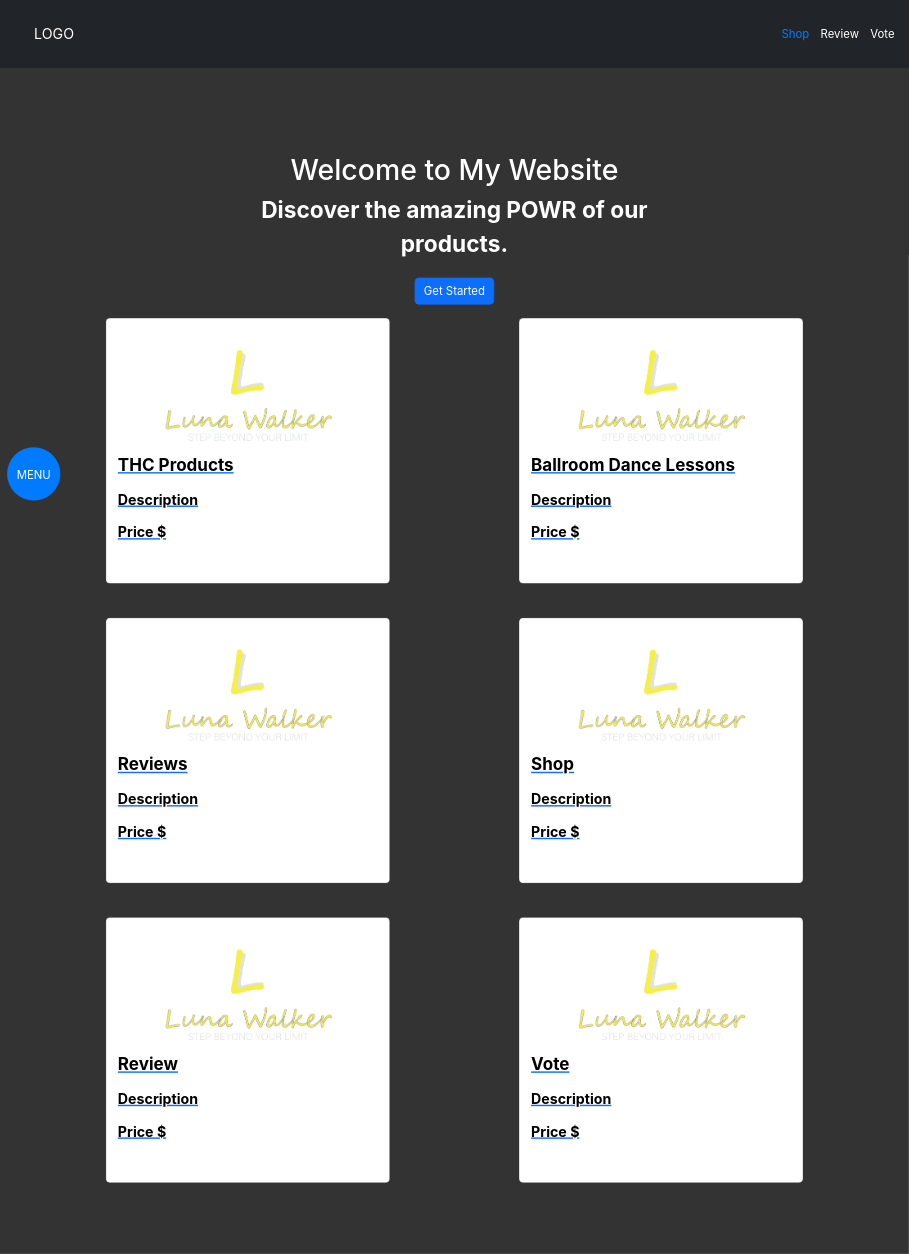
Repository: DragonFruit8/basic-website
Page: /shop
An editor plug-in stored every save of this project. The page is shown before and after the next save, followed by the edit.
The browser window is 1280 px wide. The pictures show the whole page, at 71% of full size.
The project was rebuilt for these pictures with package versions that can differ from the ones it lists, and the page was loaded fresh each time. Also part of the build but not shown: src/sections/MissionSec.js, src/sections/AboutSec.js, src/sections/ServiceSec.js, src/Img/LunaLogo.js, src/sections/SupportSec.js, src/sections/HeroSec.js, src/pages/HomePage.js.

Above is the page before, as saved 2024-06-23 09:44:07.

### public/index.html
<!DOCTYPE html>
<html lang="en">
  <head>
    <meta charset="utf-8" />
    <link rel="icon" href="%PUBLIC_URL%/favicon.ico" />
    <meta name="viewport" content="width=device-width, initial-scale=1" />
    <meta name="theme-color" content="#000000" />
    <meta
      name="description"
      content="Web site created using create-react-app"
    />
    <link rel="apple-touch-icon" href="%PUBLIC_URL%/logo192.png" />
    <!--
      manifest.json provides metadata used when your web app is installed on a
      user's mobile device or desktop. See https://developers.google.com/web/fundamentals/web-app-manifest/
    -->
    <link rel="manifest" href="%PUBLIC_URL%/manifest.json" />
    <link href="https://cdn.jsdelivr.net/npm/bootstrap@5.3.3/dist/css/bootstrap.min.css" rel="stylesheet" integrity="sha384-QWTKZyjpPEjISv5WaRU9OFeRpok6YctnYmDr5pNlyT2bRjXh0JMhjY6hW+ALEwIH" crossorigin="anonymous">
    <!--
      Notice the use of %PUBLIC_URL% in the tags above.
      It will be replaced with the URL of the `public` folder during the build.
      Only files inside the `public` folder can be referenced from the HTML.

      Unlike "/favicon.ico" or "favicon.ico", "%PUBLIC_URL%/favicon.ico" will
      work correctly both with client-side routing and a non-root public URL.
      Learn how to configure a non-root public URL by running `npm run build`.
    -->
    <title>React App</title>
  </head>
  <body>
    <noscript>You need to enable JavaScript to run this app.</noscript>
    <div id="root"></div>
    <!--
      This HTML file is a template.
      If you open it directly in the browser, you will see an empty page.

      You can add webfonts, meta tags, or analytics to this file.
      The build step will place the bundled scripts into the <body> tag.

      To begin the development, run `npm start` or `yarn start`.
      To create a production bundle, use `npm run build` or `yarn build`.
    -->
    <script src="https://cdn.jsdelivr.net/npm/@popperjs/core@2.11.8/dist/umd/popper.min.js" integrity="sha384-I7E8VVD/ismYTF4hNIPjVp/Zjvgyol6VFvRkX/vR+Vc4jQkC+hVqc2pM8ODewa9r" crossorigin="anonymous"></script>
<script src="https://cdn.jsdelivr.net/npm/bootstrap@5.3.3/dist/js/bootstrap.min.js" integrity="sha384-0pUGZvbkm6XF6gxjEnlmuGrJXVbNuzT9qBBavbLwCsOGabYfZo0T0to5eqruptLy" crossorigin="anonymous"></script>
  </body>
</html>

### src/App.js
import React from 'react';
import { BrowserRouter as Router, Routes, Route } from 'react-router-dom';
import './App.css';
import Navbar from './components/Navbar';
import Sidebar from './components/Sidebar';
import HomePage from './pages/HomePage';
import ShopPage from './pages/ShopPage';

function App() {

  return (
    <>
      <Router>
        <Navbar />
        <Sidebar />
        <Routes>
          <Route path="/" element={<HomePage />} />
          <Route path="/shop" element={<ShopPage />} />
        </Routes>
   </Router>
    </>
  );
}

export default App;

### src/App.css
.App {
  text-align: center;
  z-index: -10;
}

.App-logo {
  height: 40vmin;
  pointer-events: none;
  z-index: 0;
}

@media (prefers-reduced-motion: no-preference) {
  .App-logo {
    animation: App-logo-spin infinite 20s linear;
  }
}

.App-header {
  background-color: #282c34;
  min-height: 100vh;
  display: flex;
  flex-direction: column;
  align-items: center;
  justify-content: center;
  font-size: calc(10px + 2vmin);
  color: white;
}

.App-link {
  color: #61dafb;
}
#sidebar {
  display: flex;
  flex-direction: column;
  background-color: transparent !important;
  height: 100%;
  width: 100px;
  position: fixed;
  top: 55px;
  left: 0;
  z-index: 1;
  overflow-x: hidden;
  padding-top: 20px;
  z-index: 10;
  /* rounded corners*/
  border-radius: 100px;

}

#offcanvasNavbar{
  position: fixed;
  margin-top: 55px;
}

#sidebarButton {
  position: absolute;
  bottom: 100px;
  left: 0px;
  width: 75px;
  height: 75px;
  border: none;
  color: white;
  padding: 10px 10px;
  text-align: center;
  text-decoration: none;
  display: inline-block;
  font-size: 16px;
  margin: auto auto -30px 10px;
  cursor: pointer;
  z-index: 100;
  border-radius: 100%;
  background-color: #007bff;
}

#closeButton, .btn-close {
  color: white !important;
  margin-left: 15px;
}
#aboutSec {
  height: 75vh;
}
.offcanvas-body {
 padding: 0 100px 0 100px;
}
#luna {
  position: relative;
  background-size: cover;
  background-repeat: no-repeat;
  background-position: center;
  height: auto;
  width: 250px;
  margin: 0 auto;
}

/* HomePage Hero */
.hero {
  height: 100vh;
  width: 100%;
  display: flex;
  align-items: center;
  color: white !important;
  text-align: center;
  font-size: 2rem;
  font-weight: 700;
  background: url('https://unsplash.com/photos/photo-of-outer-space-Q1p7bh3SHj8');
  background-size: cover;
  background-repeat: no-repeat;
  background-position: center;
  background-color: rgba(0, 0, 0, 0.8);

}
.hero-content
.dropdown-item {
  width: 100%;
  margin: 0 auto;
  color: white;
  background-color: #007bff;
}
.dropdown-item:hover {
  background-color: #0056b3;
  color: white;
}


a.nav-link, a.nav-item {
  color: white !important;
}
a.nav-link, a.nav-item {
 padding: 20px 0 20px 0;
}

a.nav-link:hover, a.nav-item:hover {
  color: #ffd000 !important;
}
a.active {
  color: #007bff !important;
}

/* Shop */
.shop {
  height: auto;
  width: 100%;
  display: flex;
  align-items: center;
  color: white !important;
  text-align: center;
  font-size: 2rem;
  font-weight: 700;
  background-color: rgba(0, 0, 0, 0.8);
  flex-wrap: wrap;
  padding-top: 200px;
  padding-bottom: 100px;
}
#shopItem {
  min-width: 400px;
  margin: 0 auto;
  color: white;
  list-style-type: none;
  padding: 0;
}

@keyframes App-logo-spin {
  from {
    transform: rotate(0deg);
  }
  to {
    transform: rotate(360deg);
  }
}

### src/components/Navbar.js
import React from 'react';
import data from '../../src/data';
// import axio from '../Instance';
// import Button from 'react-bootstrap/Button';
// import Modal from 'react-bootstrap/Modal';


const Navbar = () => {

    // const [email, setEmail] = useState('');
    // const [comment, setComment] = useState('');
    // const [show, setShow] = useState(false);

    // const handleClose = () => setShow(false);
    // const handleShow = () => setShow(true);

    // const clearForm = () => {
    //     setEmail('');
    //     setComment('');
    // };



    // const handleSubmit = (event) => {
    //     event.preventDefault();

    //     axio.post('/comments', {
    //         email,
    //         comment
    //     })
    //         .then(() => {
    //             console.log('Review submitted');
    //         })
    //         .catch((error) => {
    //             console.log(error);
    //         });
    //     clearForm();
    // };

    const path = window.location.pathname;
    return (
        <>
            {/* navbar navbar-expand-lg bg-body-tertiary navbar-dark bg-dark */}
            <nav className="navbar navbar-dark navbar-expand-lg bg-dark fixed-top">
                <div className="container-fluid ps-5">
                    <a className="navbar-brand" href="/">LOGO</a>
                    <button className="navbar-toggler" type="button" data-bs-toggle="collapse" data-bs-target="#navbarNav" aria-controls="navbarNav" aria-expanded="false" aria-label="Toggle navigation">
                        <span className="navbar-toggler-icon"></span>
                    </button>
                    <div className="collapse navbar-collapse" id="navbarNav">
                        <ul className="navbar-nav my-2 ms-auto me-0">
                            <li className="nav-item">
                                <a className={`nav-link ${path === `/${data.link1.b}` ? 'active' : ''}`} aria-current="page" href={`/${data.link1.b}`}>{data.link1.a}</a>
                            </li>
                            <li className="nav-item">
                                <a className={`nav-link ${path === `/${data.link2.b}` ? 'active' : ''}`} aria-current="page" href={`/${data.link2.b}`}>{data.link2.a}</a>
                            </li>
                            <li className="nav-item">
                                <a className={`nav-link ${path === `/${data.link3.b}` ? 'active' : ''}`} aria-current="page" href={`/${data.link3.b}`}>{data.link3.a}</a>
                            </li>
                        </ul>
                        {/* <span id='reviewModal' className="d-flex">
                                <Button variant="primary" onClick={handleShow}>Write a Review</Button>
                            </span> */}
                    </div>
                </div>
            </nav>
            {/* <Modal show={show} onHide={handleClose}>
                <Modal.Header closeButton>
                    <Modal.Title>Modal heading</Modal.Title>
                </Modal.Header>
                <Modal.Body>
                    <div
                        className="modal show"
                        style={{ display: 'block', position: 'initial' }}
                    >
                        <form // onSubmit={handleSubmit}
                        >
                            <div className="form-group">
                                <label htmlFor="email"
                                    className='form-label fs-5'
                                >Email</label>
                                <input
                                    type="email"
                                    id="email"
                                    value={email}
                                    onChange={(event) => setEmail(event.target.value)}
                                    required
                                    className='form-control'
                                />
                            </div>
                            <div className="form-group">
                                <label htmlFor="comment"
                                    className='form-label fs-5'
                                >Comment</label>
                                <textarea
                                    id="comment"
                                    value={comment}
                                    onChange={(event) => setComment(event.target.value)}
                                    required
                                    className='form-control'
                                />
                            </div>
                            <Button type="submit">Submit</Button>
                        </form>
                    </div>
                </Modal.Body>
                <Modal.Footer>
                    <Button variant="secondary" onClick={handleClose}>
                        Close
                    </Button>
                </Modal.Footer>
            </Modal> */}
        </>
    );
}

export default Navbar;

### src/components/Sidebar.js
import React from 'react'

export const canvasButton = () => {
    return (
        <button id='sidebarButton' className="btn btn-primary" type="button" data-bs-toggle="offcanvas" data-bs-target="#offcanvasNavbar" aria-controls="offcanvasNavbar">
        MENU
        </button>
    )
    }
export default function Sidebar() {

    return (
        <div>
            <sidebar id="sidebar" className="navbar bg-body-tertiary fixed-top">
                <div className="container-fluid">
                    <div className="offcanvas offcanvas-start bg-dark" tabindex="-1" id="offcanvasNavbar" aria-labelledby="offcanvasNavbarLabel">

                        <div className="offcanvas-body">
                            <ul className="navbar-nav justify-content-end flex-grow-1 pe-3 mt-5">

                                        <li><a className="nav-link" href="/shop">Shop</a></li>
                                        <li><a className="nav-link" href="/">Review</a></li>
                                        <li>
                                            <hr className="dropdown-divider" />
                                        </li>
                                        <li><a className="nav-link" href="/">Vote</a></li>
                            </ul>
                            {/* <form className="d-flex mt-3" role="search">
                                <input className="form-control me-2" type="search" placeholder="Search" aria-label="Search" />
                                <button className="btn btn-outline-success" type="submit">Search</button>
                            </form> */}
                        </div>
                    <div className="offcanvas-footer d-flex justify-content-start mb-5 ms-3">
                        {/* <h5 className="offcanvas-title" id="offcanvasNavbarLabel"></h5> */}
                        <button id='close' type="button" className="btn-close" data-bs-dismiss="offcanvas" aria-label="Close"></button>
                    </div>
                    </div>
                </div>
                {
                    canvasButton()
                }
            </sidebar>


        </div>
    )
}

### src/pages/ShopPage.js
import React from 'react';
import data from '../../src/data';
import ProductImage from '../../src/Img/ProductImage';

const ShopPage = () => {
    return (
        <section className="shop">
                <div className="container">
                    <div className="row justify-content-center my-3">
                        <div className="col-lg-6">
                            <div className="hero-content">
                                <h1>Welcome to My Website</h1>
                                <p>Discover the amazing POWR of our products.</p>
                                <button className="btn btn-primary">Get Started</button>
                            </div>
                        </div>
                    </div>
                </div>
            <div className="container">
                <div className="row">
                    <div className="d-flex col flex-wrap gap-5">
                        {
                            Object.keys(data).map((key, index) => {
                                return (
                                    <ul id="shopItem" className="card">
                                            <a href={`/${data[key].b}`} className="d-flex justify-content-start mb-2">
                                        <li key={index} className='list-unstyled mt-3 mb-3 card-body' style={{ fontSize: '1.5rem' }}>
                                                <ProductImage />
                                            <p className="d-flex justify-content-start text-black fs-4">{data[key].a}</p>
                                                {/* {data[key].a} */}
                                            <p className="d-flex justify-content-start text-black fs-5">Description</p>
                                            <p className="d-flex justify-content-start text-black fs-5">Price $</p>
                                        </li>
                                            </a>
                                    </ul>
                                );
                            })
                        }
                    </div>
                </div>
            </div>
        </section>
    );
};

export default ShopPage;

### src/data.js
const data = {
    thcProductsLink: { a: 'THC Products', b: 'thc-products' },
    ballroomDanceLessonsLink: { a: 'Ballroom Dance Lessons', b: 'ballroom-dance-lessons' },
    reviewsLink: { a: 'Reviews', b: 'reviews' },
    link1: { a: 'Shop', b: 'shop' },
    link2: { a: 'Review', b: 'review' },
    link3: { a: 'Vote', b: 'vote' }
};

export default data;

### src/Img/ProductImage.js
import React from 'react'
import '../../src/Img/Luna_logo.png'
const ProductImage = () => {
    const productImg = require('../../src/Img/Luna_logo.png')
    return (
        <div>
            <img
                id='luna'
                src={productImg}
                alt="placeholder"
                className="img-fluid"
                width="50px"
                height="50px"
                />
        </div>
    )
}

export default ProductImage

Loaded but not shown: src/index.js (common file); src/index.css (common file); src/reportWebVitals.js (common file)

After the next save:
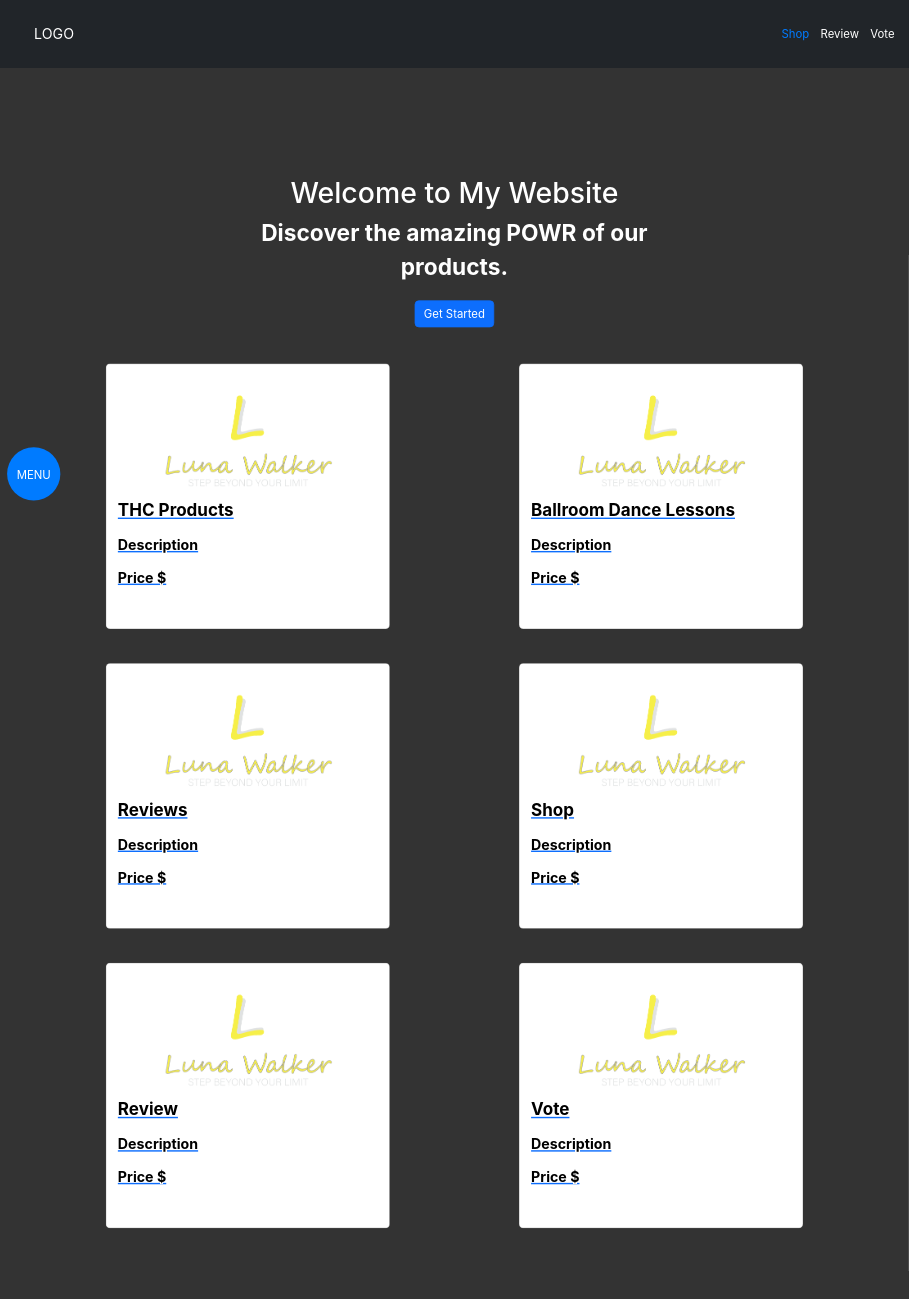
Saved 4 s later.
--- a/src/pages/ShopPage.js
+++ b/src/pages/ShopPage.js
@@ -6,7 +6,7 @@
     return (
         <section className="shop">
                 <div className="container">
-                    <div className="row justify-content-center my-3">
+                    <div className="row justify-content-center my-5">
                         <div className="col-lg-6">
                             <div className="hero-content">
                                 <h1>Welcome to My Website</h1>
